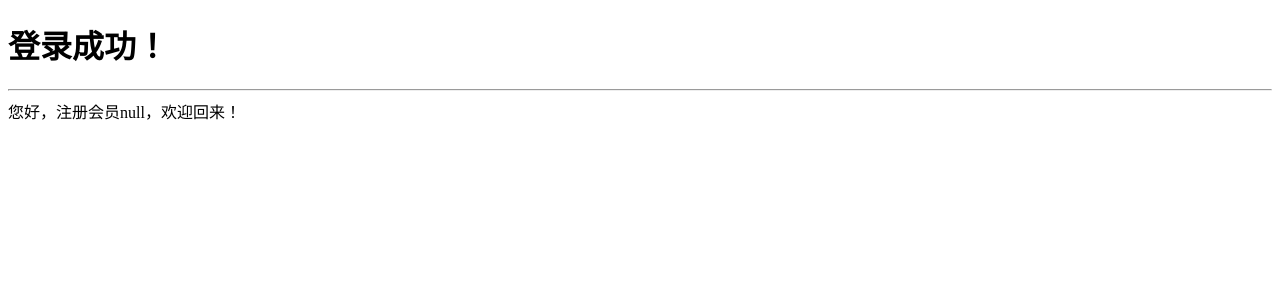
Repository: winxblast/myJavaLearn
Page: http://localhost/JspLoginDemo/login_success.jsp
These files come from the project's save history. The page is drawn as it stood at one moment and after the next save; the edit follows.
The browser window is 1280 px wide. The pictures show the whole page.
The page is served by Tomcat 9.

Above is the page before, as saved 2017-05-29 07:21:36.

After the next save:
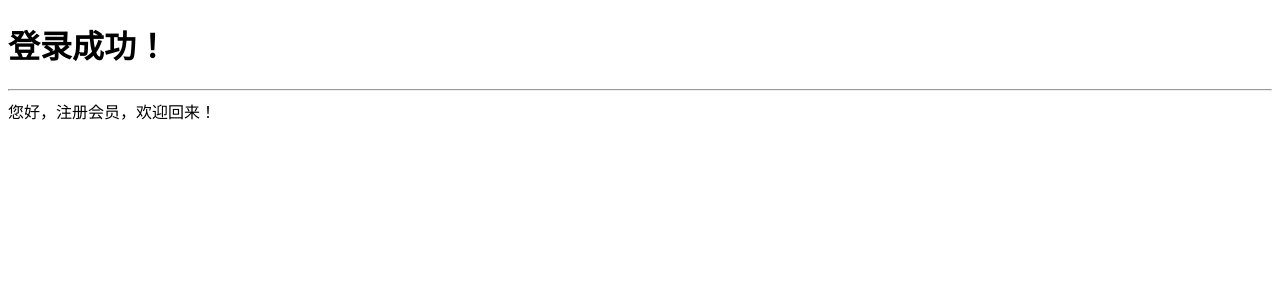
Saved 12 s later.
--- a/JavaEE/JspLoginDemo/WebContent/login_success.jsp
+++ b/JavaEE/JspLoginDemo/WebContent/login_success.jsp
@@ -15,6 +15,6 @@
 	%>
 	<h1>登录成功！</h1>
 	<hr>
-	您好，注册会员<%=session.getAttribute("username") %>，欢迎回来！<br>
+	您好，注册会员<%=username %>，欢迎回来！<br>
 </body>
 </html>
